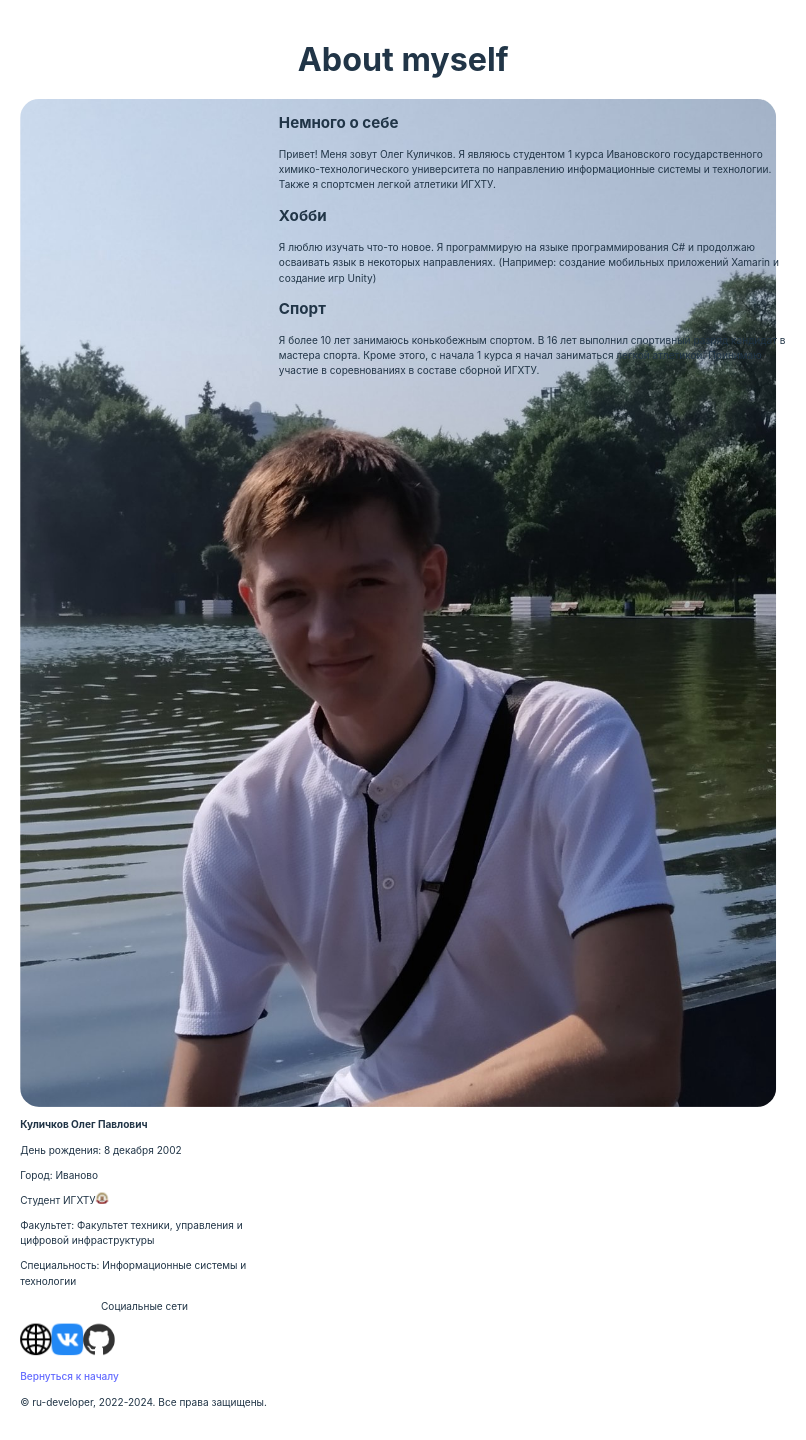
Repository: HubOl01/my_profile
Page: /
The author's editor kept a copy of each file at every save. The page is drawn from the files as they stood at one save, then again after a run of saves.
The browser window is 1280 px wide. The pictures show the whole page, at 63% of full size.
The project was rebuilt for these pictures with package versions that can differ from the ones it lists, and the page was loaded fresh each time. Also part of the build but not shown: vite.config.ts.

Above is the page before, as saved 2024-03-06 08:37:50.

### src/App.tsx
import { Grid } from '@mui/material'
import './App.css'
import Common from './components/center/Common'
import Footer from './components/footer/Footer'
import Header from './components/header/Header'
import LeftBar from './components/left/LeftBar'


function App() {

  return (
    <>
      <Header />
      <Grid container spacing={2}>
        <Grid item xs={4}>
          <LeftBar />
        </Grid>
        <Grid item xs>
          <Common />
        </Grid>
      </Grid>
      <Footer />
    </>
  )
}

export default App

### src/App.css
#root {
  max-width: 1280px;
  margin: 0 auto;
  padding: 2rem;
  /* text-align: center; */
}
.logo:hover {
  filter: drop-shadow(0 0 2em #646cffaa);
}
.logo.react:hover {
  filter: drop-shadow(0 0 2em #61dafbaa);
}

@keyframes logo-spin {
  from {
    transform: rotate(0deg);
  }
  to {
    transform: rotate(360deg);
  }
}

@media (prefers-reduced-motion: no-preference) {
  a:nth-of-type(2) .logo {
    animation: logo-spin infinite 20s linear;
  }
}

.card {
  padding: 2em;
}

.read-the-docs {
  color: #888;
}

### src/components/center/Common.tsx
import React from 'react'

export default function Common() {
  return (
    <div className="Text">
      <h2>Немного о себе</h2>
      <p>
        Привет! Меня зовут Олег Куличков. Я являюсь студентом 1 курса
        Ивановского государственного химико-технологического университета по
        направлению информационные системы и технологии. Также я спортсмен
        легкой атлетики ИГХТУ.
      </p>
      <h2>Хобби</h2>
      <p>
        Я люблю изучать что-то новое. Я программирую на языке программирования
        C# и продолжаю осваивать язык в некоторых направлениях. (Например:
        создание мобильных приложений Xamarin и создание игр Unity)
      </p>
      <h2>Спорт</h2>
      <p>
        Я более 10 лет занимаюсь конькобежным спортом. В 16 лет выполнил
        спортивный разряд кандидат в мастера спорта. Кроме этого, с начала 1
        курса я начал заниматься легкой атлетикой. Принимаю участие в
        соревнованиях в составе сборной ИГХТУ.
      </p>
    </div>
  )
}

### src/components/footer/Footer.tsx
import React from 'react'

export default function Footer() {
  return (
    <footer className="text-muted">
    <div className="container">
      <p className="float-right">
        <a href="#">Вернуться к началу</a>
      </p>
      <p className="footer-text">© ru-developer, 2022-{(new Date()).getFullYear()}. Все права защищены.</p>
    </div>
  </footer>
  )
}

### src/components/header/Header.tsx
import './Header.style.scss'

export default function Header() {
  return (
    <header>
      <div>
        <h1>About myself</h1>
      </div>
    </header>
  )
}

### src/components/left/LeftBar.tsx
import './LeftBar.style.scss'
import about from '../../assets/images/About.jpg'
import isuct from '../../assets/images/isuct.png'
import web from '../../assets/images/web.png'
import vk from '../../assets/images/vk.png'
import github from '../../assets/images/GitHub.png'

const LeftBar = () => {
  return (
    <>
      <div>
        <a title="Куличков Олег" href="https://vk.com/oleg01f">
          <img
            alt="about"
            src={about}
            // width={400}

            // backgroundSize: 'contain'
            style={{
              borderRadius: '30px',
              display: 'flex',
              backgroundSize: 'contain',
              backgroundRepeat: 'no-repeat'
            }}
            data-holder-rendered="true"
          />
        </a>
        <div>
          <p>
            <b>Куличков Олег Павлович</b>
          </p>
          <p>
            <span >День рождения:</span> 8 декабря 2002
          </p>
          <p>
            <span className="text-format">Город:</span> Иваново
          </p>
          <p>
            Студент ИГХТУ
            <img
              className="isuct"
              alt="ISUCT"
              src={isuct}
              width={20}
            // data-holder-rendered="true"
            />
          </p>
          <p>
            <span className="text-format">Факультет:</span> Факультет техники,
            управления и цифровой инфраструктуры
          </p>
          <p>
            <span className="text-format">Специальность:</span> Информационные
            системы и технологии
          </p>
          <p style={{
            "textAlign": "center"
          }}>
            <span className="text-format" >Социальные сети</span>
          </p>
          <div className="websites" style={{
            "textAlign": "center",
            "display": "inline-flex",
            "justifyContent": "center"
          }}>
            <div className="web1">
              <a
                href="mailto:kuloleg54@gmail.com?subject=Вопрос от подписчика"
                title="Email"
              >
                <img
                  className="img-icon"
                  alt="Email"
                  src={web}
                  width={40}
                />
              </a>
            </div>
            <div className="web2">
              <a href="https://vk.com/oleg01f" title="Vk">
                <img
                  className="img-icon"
                  alt="Vk"
                  src={vk}
                  width={20}
                />
              </a>
            </div>
            <div className="web3">
              <a href="https://github.com/HubOl01" title="GitHub">
                <img
                  className="img-icon"
                  alt="GitHub"
                  src={github}
                  width={20}
                />
              </a>
            </div>
          </div>
        </div>
      </div>
    </>
  )
}

export default LeftBar

### src/components/left/LeftBar.style.scss
.img-icon{
    width: 50px;
    height: 50px;
}
div{
    display: "flex";
}

Loaded but not shown: index.html (common file); src/main.tsx (common file); src/index.css (common file); src/components/header/Header.style.scss (common file)

After the next 2 saves:
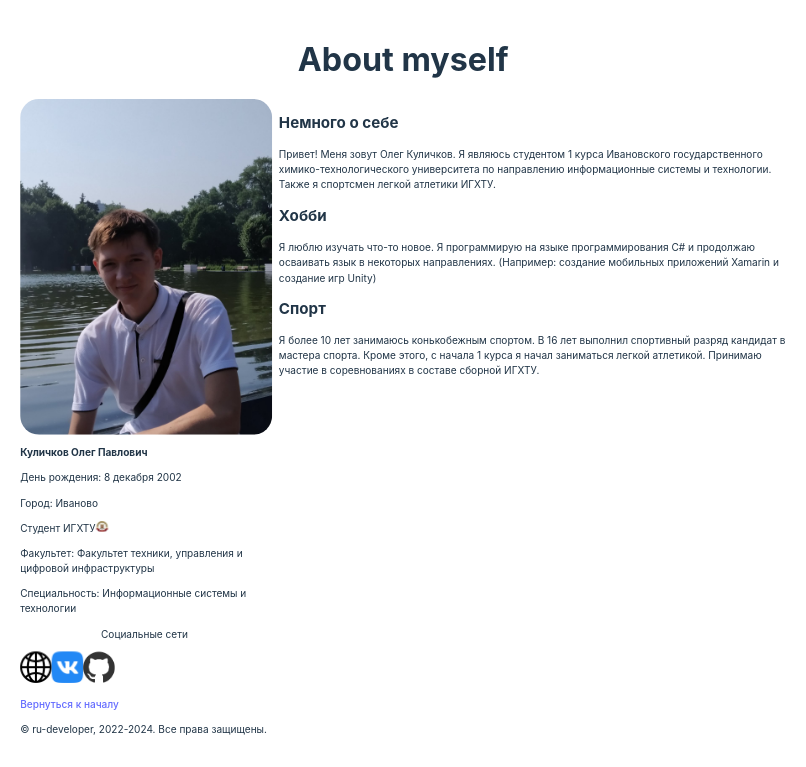
The 2 saves are shown as one change because they came seconds apart.
The last was saved 11 s later.
--- a/src/components/left/LeftBar.tsx
+++ b/src/components/left/LeftBar.tsx
@@ -13,14 +13,14 @@
           <img
             alt="about"
             src={about}
-            // width={400}
+            width={400}
 
             // backgroundSize: 'contain'
             style={{
               borderRadius: '30px',
               display: 'flex',
-              backgroundSize: 'contain',
-              backgroundRepeat: 'no-repeat'
+              // backgroundSize: 'contain',
+              // backgroundRepeat: 'no-repeat'
             }}
             data-holder-rendered="true"
           />

After the save that followed:
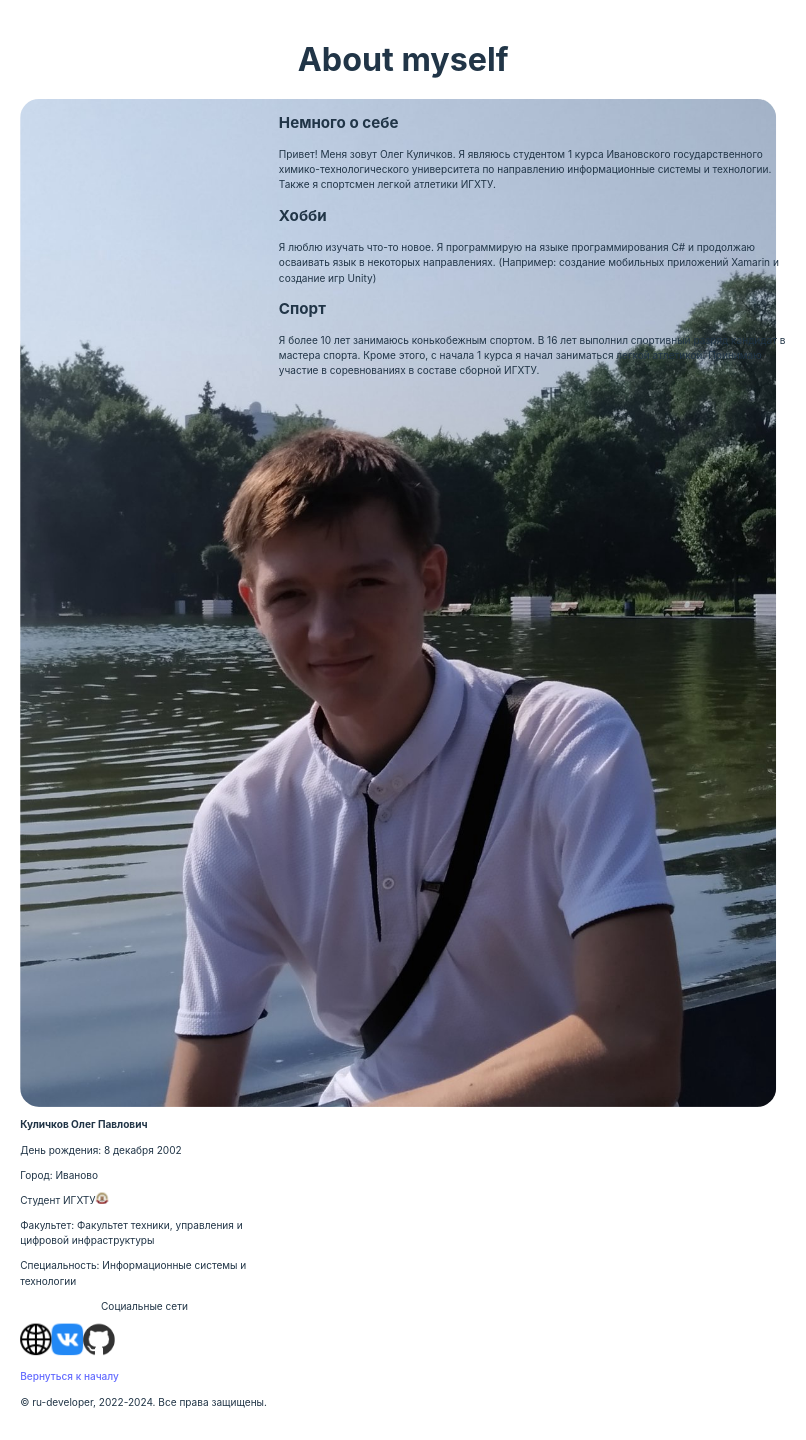
Saved 48 s later.
--- a/src/components/left/LeftBar.tsx
+++ b/src/components/left/LeftBar.tsx
@@ -13,7 +13,7 @@
           <img
             alt="about"
             src={about}
-            width={400}
+            // width={400}
 
             // backgroundSize: 'contain'
             style={{
